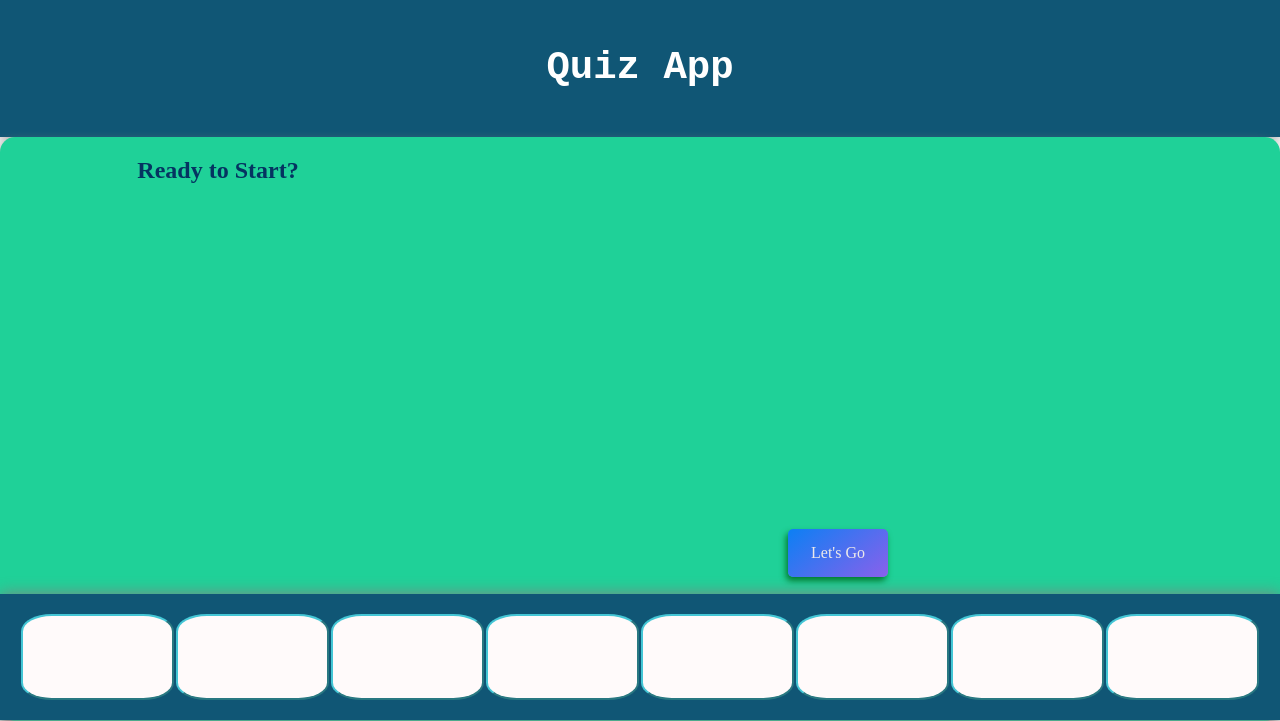
Repository: tpic12/quiz_app
Page: index.html
These files come from the project's save history. The page is drawn as it stood at one moment and after the next save; the edit follows.
The browser window is 1280 px wide. The pictures show the whole page.

Above is the page before, as saved 2019-12-28 15:42:15.

### index.html
<!DOCTYPE html>
<html lang="en">

<head>
  <meta charset="UTF-8">
  <meta name="viewport" content="width=device-width, initial-scale=1.0">
  <meta http-equiv="X-UA-Compatible" content="ie=edge">
  <title>Quiz App</title>
  <link href="https://cdnjs.cloudflare.com/ajax/libs/normalize/8.0.1/normalize.min.css" rel="stylesheet"
    type="text/css" />
  <link href="app.css" rel="stylesheet" type="text/css" />
</head>

<body>
  <header>
    <section class='banner'>
      <h1>Quiz App</h1>
    </section>
  </header>
  <main class='display'>

  </main>
  <footer>
    <section class='counts'>
        <div class='count 0'></div>
        <div class='count 1'></div>
        <div class='count 2'></div>
        <div class='count 3'></div>
        <div class='count 4'></div>
        <div class='count 5'></div>
        <div class='count 6'></div>
        <div class='count 7'></div>
    </section>
  </footer>
  <script src="https://code.jquery.com/jquery-3.4.1.slim.js" crossorigin="anonymous"></script>
  <script src="app.js"></script>
</body>

</html>

### app.css
/* Your styles should be mobile-first and responsive */

/**
  * If you are unclear on how to utilize a mobile-first, responsive technique to write your CSS, here is an example:
  *
  * https://github.com/andreacardybailey/responsive_example/blob/master/styles/responsive-base.css
  *
*/
* {
  box-sizing: border-box;
  margin: 0 auto;
}

.banner h1 {
  font-family: monospace;
  font-size: 3em;
}

.banner,
footer {
  color: white;
  font-family: monospace;
  padding: 20px;
  width: 100%;
  text-align: center;
  background-color: hsl(198, 76%, 26%);
  box-shadow: 0px 0px 15px grey;
  border-bottom: none;
  left: 0;
}

.main_card {
  display: flex;
  min-width: 40vw;
  min-height: 40vh;
  text-align: center;
  justify-content: center;
  align-content: space-around;
  background-color: hsl(161, 74%, 47%);
  border-radius: 15px;
  padding: 20px;
  border: none;
  box-shadow: -2px 6px 12px grey;
}

button {
  margin: 30%;
  margin-bottom: 10%;
  color: hsl(0, 7%, 92%);
  background: linear-gradient(140deg, hsl(210, 91%, 50%), hsl(258, 78%, 65%));
  border: none;
  max-width: 130px;
  min-width: 100px;
  border-radius: 5px;
  padding: 15px;
  box-shadow: -2px 4px 6px hsl(142, 98%, 24%);
}

.main_card > form#qForm {
  display: flex;
  flex-flow: column wrap;
  justify-content: center;
  text-align: center;
  margin: 0 auto;
  width: 60vw;
}

.main_card > h2 {
  justify-self: center;
  font-weight: bolder;
  color: hsl(210, 90%, 20%);
}

#qForm > div {
  margin-left: 5vw;
  margin-right: auto;
}

footer {
  position: fixed;
  bottom: 0;
  left: 0;
  max-height: 20vh;
}

.counts {
  display: flex;
  justify-content: space-evenly;
}

.count {
  border: 2px outset hsl(186, 63%, 55%);
  font-family: 'Gill Sans', 'Gill Sans MT', Calibri, 'Trebuchet MS', sans-serif;
  border-radius: 20%;
  flex-direction: row;
  width: 12vw;
  height: 12vh;
  background-color: hsl(0, 100%, 99%);
  padding: 15px;
  -webkit-border-radius: 20%;
  -moz-border-radius: 20%;
  -ms-border-radius: 20%;
  -o-border-radius: 20%;
}

h1 {
  font-family: sans-serif;
}

.green {
  background-color: green !important;
}

.red {
  background-color: red !important;
}

#snackbar > p {
  visibility: hidden;
  min-width: 15vw;

  color: #fff;
  text-align: center;
  align-content: flex-start;
  padding: 5px;
  position: absolute;
  z-index: 1;
  left: ;
  top: -30px;
}

#snackbar.show {
  visibility: visible;
  /-webkit-animation: fadein 0.5s, fadeout 0.5s 2.5s;
  animation: fadein 0.5s, fadeout 0.5s 2.5s;
}

@media screen and (max-width: 450px) {
  .main_card {
    flex-flow: row wrap;
    max-width: 90vw;
  }

  #qForm {
    font-size: 0.8em;
    padding: 5px !important;
    margin: 5px;
    flex-flow: column wrap !important;
  }
  #qForm > div {
    margin-left: 15px;
    margin-right: auto;
  }
  #qForm > input {
    display: inline-block !important;
  }

  #qForm > label {
    display: inline-block !important;
  }
  footer {
    height: 40vh;
    overflow: scroll;
  }
  .counts {
    flex-direction: column;
  }

  .count {
    width: 100%;
    margin: 5px;
    height: 20px;
    border: 1px solid aquamarine;
    border-radius: 0;
    -webkit-border-radius: 0;
    -moz-border-radius: 0;
    -ms-border-radius: 0;
    -o-border-radius: 0;
  }
}

### app.js
/**
 * Example store structure
 */
'use strict';

const STORE = {
  // 5 or more questions are required
  questions: [
    {
      question: 'How many items in a bakers dozen??',
      answers: ['11', '12', '13', '3'],
      correctAnswer: '13'
    },
    {
      question: 'What month is Oktoberfest held?',
      answers: ['September', 'October', 'Every Month', 'August'],
      correctAnswer: 'September'
    },
    {
      question: 'What color is an Orange Blossom?',
      answers: ['Red', 'Orange', 'Pink', 'White'],
      correctAnswer: 'White'
    },
    {
      question: 'Where did the Panama Hat originate?',
      answers: ['Ecuador', 'Panama', 'China', 'Cuba'],
      correctAnswer: 'Ecuador'
    },
    {
      question: 'What are toy marbles made from?',
      answers: ['Plastic', 'Quartz', 'Diamond', 'Glass'],
      correctAnswer: 'Glass'
    },
    {
      question: 'How many gallons are in a ten-gallon hat?',
      answers: [
        'Half a Gallon',
        'Ten-Gallons',
        'Three-Fourths of a Gallon',
        'Give-Gallon'
      ],
      correctAnswer: 'Three-Fourths of a Gallon'
    },
    {
      question: 'What is the biggest animal to ever live?',
      answers: ['Mammoth', 'T-Rex', 'Blue Whale', 'Brontosaurus'],
      correctAnswer: 'Blue Whale'
    },
    {
      question: 'Where is the red-bellied woodpecker predominately red?',
      answers: ['Head', 'Wings', 'Feet', 'Belly'],
      correctAnswer: 'Head'
    }
  ],
  questionNumber: 0,
  score: 0,
  quizStart: false
};

/**
 *
 * Your app should include a render() function, that regenerates
 * the view each time the store is updated. See your course
 * material, consult your instructor, and reference the slides
 * for more details.
 *
 * NO additional HTML elements should be added to the index.html file.
 *
 * You may add attributes (classes, ids, etc) to the existing HTML elements, or link stylesheets or additional scripts if necessary
 *
 */

/**
 * This function renders the quiz after you start, ...
 * answer a question, or restart the quiz
 */
function renderStartQuiz() {
  const mainCard = `<section class="main_card">
      <h2>Ready to Start?</h2>
      <button type='submit' id='start_quiz'>Let's Go</button>
    </section>`;

  $('.display').html(mainCard);

  $('.display').on('click', '#start_quiz', function(event) {
    event.preventDefault();
    STORE.quizStart = true;
    $('.main_card')
      .children()
      .remove();
    handleQuiz();
  });
}
/**
 * renders question one at a time depending on question number
 */
function renderQuestion() {
  if (
    STORE.questionNumber === STORE.questions.length &&
    STORE.questionNumber > 1
  ) {
    renderResults();
  } else {
    const qCard = `<h2>${STORE.questions[STORE.questionNumber].question}</h2>
    <form id="qForm">
<div>
        <input type='radio' name='answer' id='q1' value="${
          STORE.questions[STORE.questionNumber].answers[0]
        }"/><label for='q1' id='0'>${
      STORE.questions[STORE.questionNumber].answers[0]
    }</label>
</div>
<div>
        <input type='radio' name='answer' id='q2' value="${
          STORE.questions[STORE.questionNumber].answers[1]
        }"/><label for='q2' id='1'>${
      STORE.questions[STORE.questionNumber].answers[1]
    }</label></div>

    <div>
        <input type='radio' name='answer' id='q3' value="${
          STORE.questions[STORE.questionNumber].answers[2]
        }"/><label for='q3' id='2'>${
      STORE.questions[STORE.questionNumber].answers[2]
    }</label>
</div><div>
        <input type='radio' name='answer' id='q4' value="${
          STORE.questions[STORE.questionNumber].answers[3]
        }"/><label for='q4' id='3'>${
      STORE.questions[STORE.questionNumber].answers[3]
    }</label></div><br>
    <form>
    <button type='submit' id='submit_answer'>Final Answer</button>`;

    $('.main_card').html(qCard);
    $('input:checked').on('su');
    $('.main_card').on('click', '#submit_answer', function(event) {
      event.preventDefault();
      checkAnswer();
      //original next question spot

      $('.main_card')
        .children()
        .remove();

      handleQuiz();
    });
  }
}
/**
 * renders results page

 */

function generateResults(finalScore, numberOfQuestions) {
  return `<h2>You scored ${finalScore} out of ${numberOfQuestions}!</h2><button id='restart'>Restart Quiz</button>`;
}

/* Render results element with button that restarts the quiz*/
function renderResults() {
  let score = STORE.score;
  let num = STORE.questionNumber;

  $('.main_card').html(generateResults(score, num));
  $('#restart').click(function(event) {
    event.preventDefault();
    console.log('Restarting Quiz');

    STORE.questionNumber = 0;
    STORE.score = 0;
    $('.count')
      .removeClass('snackbar')
      .removeClass('red')
      .removeClass('green')
      .removeClass('show')
      .text('');
    renderStartQuiz();
  });
}

/**
 * this function checks the correctnes of the answer
 */
function checkAnswer() {
  let form = document.getElementById('qForm');
  let ans = form['answer'];
  for (let i = 0; i < ans.length; i++) {
    //is a button checked
    if (ans[i].checked) {
      //compare value of ans[i] to correct answer
      if (
        ans[i].value === STORE.questions[STORE.questionNumber].correctAnswer
      ) {
        scoreKeeper(true);
      } else {
        scoreKeeper(false);
      }
    }
  }
}

function generateAnswerSnackbar(questionAnswer) {
  return `<div class=.${STORE.questionNumber}>
              <p>Sorry, the correct answer is ${questionAnswer}</p>
          </div>`;
}

function scoreKeeper(bool) {
  if (bool === true) {
    console.log('plus 1 point');
    STORE.score++;
    $(`.${STORE.questionNumber}`)
      .addClass('green')
      .addClass('snackbar')
      .html(`<p>Correct!</p>`);
    $('section.main_card');
    console.log('next q!');
    STORE.questionNumber++;
  }
  if (bool === false) {
    console.log('no points for you');
    $(`.${STORE.questionNumber}`)
      .addClass('red')
      .addClass('snackbar')
      .html(
        generateAnswerSnackbar(
          STORE.questions[STORE.questionNumber].correctAnswer
        )
      );
    console.log('next q!');
    STORE.questionNumber++;
  }
}

function handleQuiz() {
  if (STORE.quizStart === false) {
    renderStartQuiz();
  } else {
    renderQuestion();
  }
}

$(handleQuiz);

After the next save:
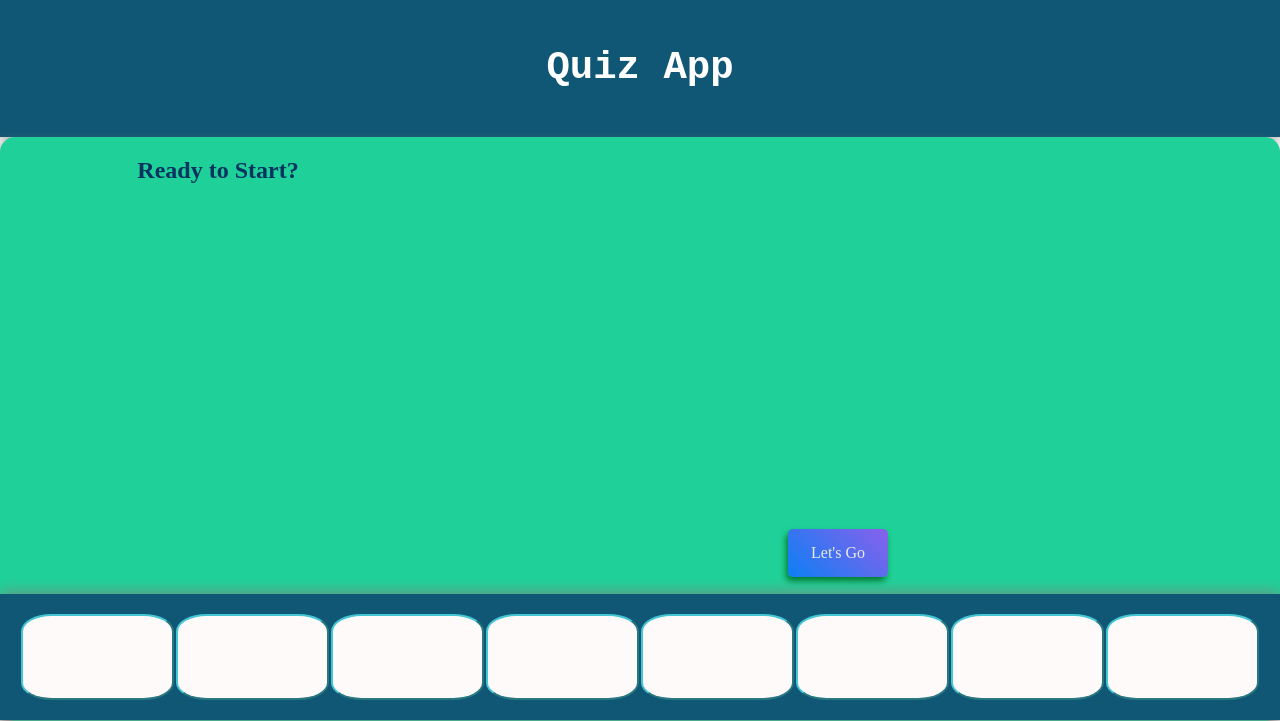
Saved 48 s later.
--- a/app.css
+++ b/app.css
@@ -47,7 +47,7 @@ button {
   margin: 30%;
   margin-bottom: 10%;
   color: hsl(0, 7%, 92%);
-  background: linear-gradient(140deg, hsl(210, 91%, 50%), hsl(258, 78%, 65%));
+  background: linear-gradient(45deg, hsl(210, 91%, 50%), hsl(258, 78%, 65%));
   border: none;
   max-width: 130px;
   min-width: 100px;
